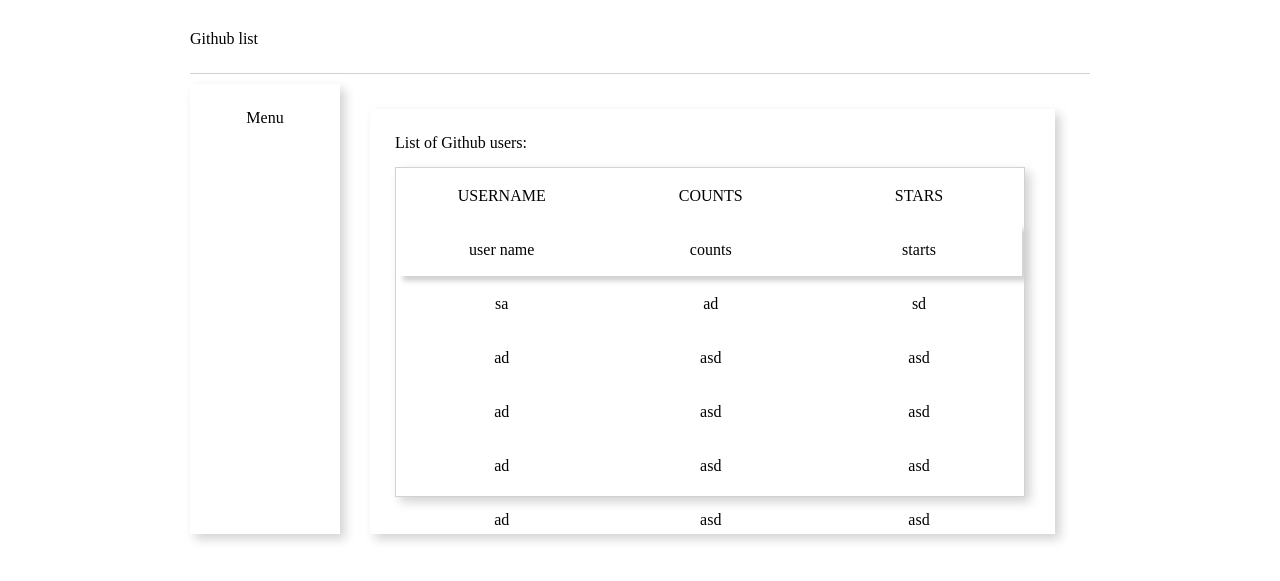
Repository: SzymonRoche/gitStars
Page: index.html
An editor plug-in stored every save of this project. The page is shown before and after a run of saves, followed by the edit.
The browser window is 1280 px wide. The pictures show the whole page.

Above is the page before, as saved 2020-02-15 18:27:56.

After the next 2 saves:
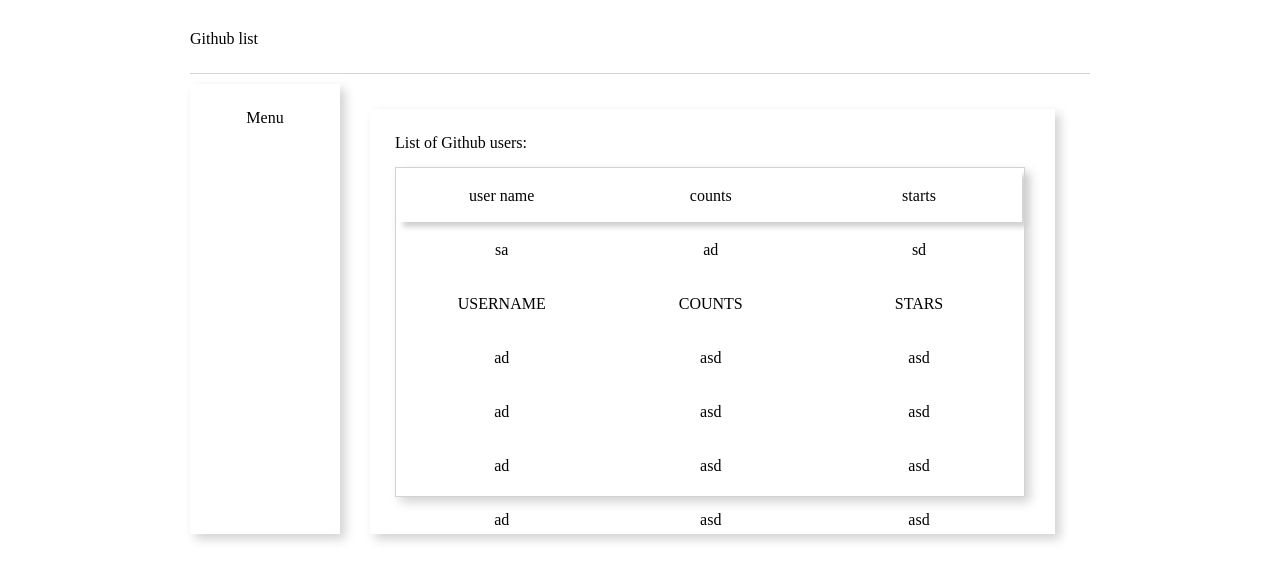
The 2 saves are shown as one change because they came seconds apart.
The last was saved 75 s later.
--- a/main.js
+++ b/main.js
@@ -4,7 +4,7 @@ import tabela from "./tabele.js";
 function CreateTabele() {
 
     const tab = document.querySelector(".my-table");
-    const tabela = tab.insertRow(0);
+    const tabela = tab.insertRow(2);
 
     const topLeft = tabela.insertCell(0);
     const topMiddle = tabela.insertCell(1);
